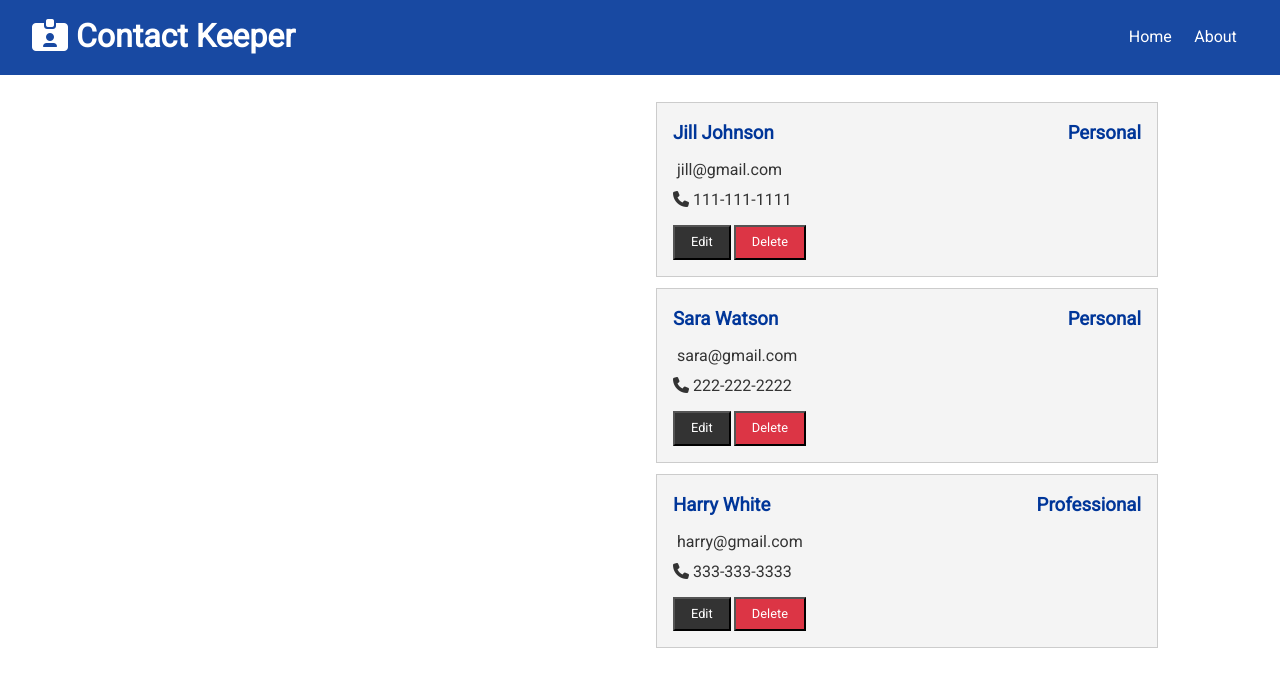
Repository: ntsangani/contact-keeper
Page: / (app in client/)
An editor plug-in stored every save of this project. The page is shown before and after a run of saves, followed by the edit.
The browser window is 1280 px wide. The pictures show the whole page.
Some icons come from a web library that is not loaded, so they are not drawn. Some web libraries are served in a nearby version. The project was rebuilt for these pictures with package versions that can differ from the ones it lists, and the page was loaded fresh each time. A package was used in the major version that the imports need, not the one package.json lists. Also part of the build but not shown: client/src/components/layout/pages/About.js.

Above is the page before, as saved 2020-06-17 09:01:45.

After the next 3 saves:
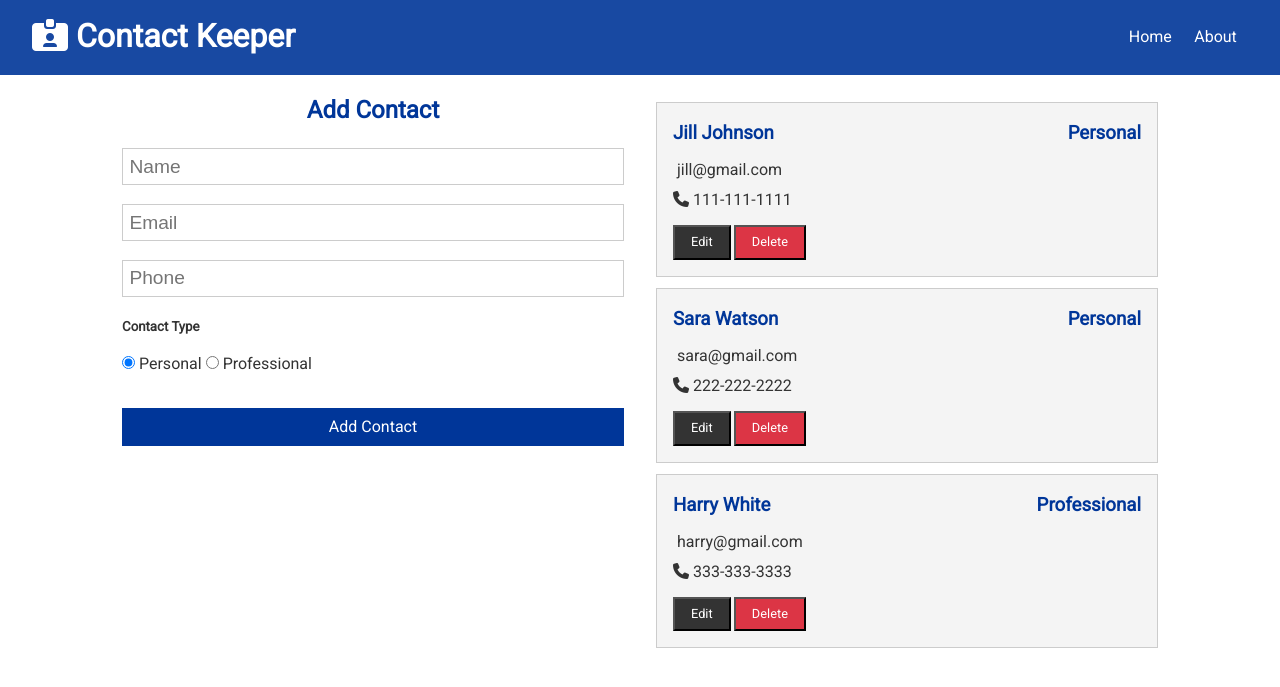
The 3 saves are shown as one change because 2 did not build or start.
The last was saved 7 min 36 s later.
--- a/client/src/components/layout/pages/Home.js
+++ b/client/src/components/layout/pages/Home.js
@@ -5,7 +5,9 @@ import ContactForm from "../../contacts/ContactForm";
 const Home = () => {
   return (
     <div className="grid-2">
-      <div>{/* ContactForm */}</div>
+      <div>
+        <ContactForm />
+      </div>
       <div>
         <Contacts />
       </div>
--- a/client/src/components/contacts/ContactForm.js
+++ b/client/src/components/contacts/ContactForm.js
@@ -1,7 +1,7 @@
-import React from "react";
+import React, { useState } from "react";
 
 const ContactForm = () => {
-  const [state, setContact] = useState({
+  const [contact, setContact] = useState({
     name: "",
     email: "",
     phone: "",
